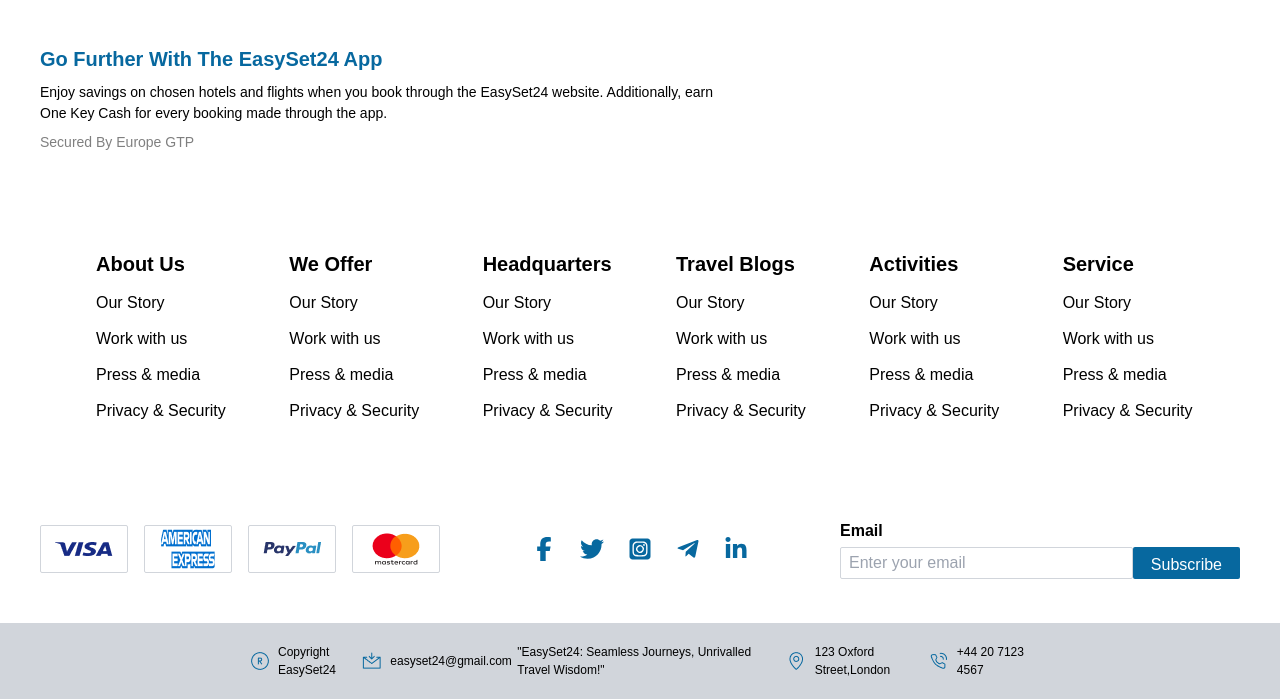
Repository: Quynhhuong150322/DIKO_STUDY_TRAVEL_WEB
Page: /
These files come from the project's save history. The page is drawn as it stood at one moment and after the next save; the edit follows.
The browser window is 1280 px wide. The pictures show the part of the page from y = 4838 to 5537 px (the page is 5537 px tall before and 5529 px after).
The project was rebuilt for these pictures with package versions that can differ from the ones it lists, and the page was loaded fresh each time. Also part of the build but not shown: src/components/Login.js, src/components/Register.js. Imported but missing from the stored project, and not drawn on this page: src/redux/slices/authSlice.

Above is the page before, as saved 2024-02-26 10:35:24.

### src/index.css
@tailwind base;
@tailwind components;
@tailwind utilities;

@import url("https://fonts.googleapis.com/css2?family=Poppins:wght@100;300;400;500;600&display=swap");

@layer base {
  html {
    font-family: "Poppins", sans-serif;
  }
  * {
    margin: 0;
    padding: 0;
    box-sizing: border-box;
    scroll-behavior: smooth;
    /* background-color: #F9F9F9; */
  }
}

@layer components {
  .max-container {
    max-width: 1260px;
    /* min-height: 100vh; */
    margin: 0 auto;
    padding: 0 30px;
    /* display: flex; */
    /* flex-direction: column; */
    justify-content: space-between;
  }
  .button {
    width: 189px;
    /* height: 40px; */
    border-style: solid;
    border-width: 2px;
    border-color: #07689F;
    color: #07689F;
  }
  .tabMenu {
    width: 121px;
    height: 40px;
    color: #D9D9D9;
    border-style: solid;
    border-width: 2px;
    border-color: #D9D9D9;
    color: #D9D9D9;
    border-radius: 9999px;
  }
  .tabSearch {
    /* max-width: 1190px; */
    height: 56px;
    border-style: solid;
    border-width: 1px;
    border-color: #D9D9D9;
    padding: 0 16px;
    font-size: 12px;
  }

}

### src/App.js
import React from "react";
import Navbar from "./components/Navbar";
import Footer from "./components/Footer";
import AppRoutes from "./routes/AppRoutes";
import { BrowserRouter as Router } from "react-router-dom";
import CopyRight from "./components/CopyRight";

const App = () => {
  return (
    <Router>
      <div className="">
        <div className="max-container">
          <Navbar />
        </div>
        <div>
          <AppRoutes />
        </div>
        <div className="max-container">
          <Footer />
        </div>
        <div >
          <CopyRight />
        </div>
      </div>
    </Router>
  );
};

export default App;

### src/redux/store.js
import { configureStore } from "@reduxjs/toolkit";
import authReducer from "./slices/authSlice";

export const store = configureStore({
  reducer: {
    users: authReducer,
  },
});

### src/components/Navbar.js
import React from 'react'
import Logo from '../assets/images/Header/Logo.png'
import EL from '../assets/images/Header/England.png'
import { FaRegQuestionCircle } from "react-icons/fa";
import { LuSearch } from "react-icons/lu";

const MenuData = [
    {
        id: 1,
        name: 'Trip',
    },
    {
        id: 2,
        name: '%Deals',
    },
    {
        id: 3,
        name: 'Hotel',
    },
    {
        id: 4,
        name: 'Flight',
    },
    {
        id: 5,
        name: 'Apartment',
    },
    {
        id: 6,
        name: 'Camper',
    },
]

const Navbar = () => {
    return (
        <div className='bg-neutral py-[24px]'>
            <div className="flex flex-col gap-10">
                {/* Header Section  */}
                <div className='flex gap-2 items-center'>
                    <img src={Logo} alt="" />
                    <div className='flex gap-7 items-center'>
                        <div className="flex gap-1 items-center">
                            <FaRegQuestionCircle className='text-primary' />
                            <img src={EL} alt="" className='w-7 h-7' />
                            {/* Search  */}
                            <div className="relative flex items-center">
                                <input
                                    type="text"
                                    placeholder="search"
                                    className="w-[605px] h-[32px] rounded-sm border border-gray-300 px-2 py-1 focus:outline-none focus:border-1 focus:border-primary"
                                />
                                <LuSearch className="text-gray-500 group-hover:text-primary absolute top-1/2 -translate-y-1/2 right-3 cursor-pointer" />
                            </div>
                        </div>
                        <div className='flex gap-2 items-center'>
                            <button className='button border-primary bg-neutral hover:scale-105 py-2 px-4 rounded-sm'>
                                Sing In
                            </button>
                            <button className='button border-primary bg-neutral hover:scale-105 py-2 px-4 rounded-sm'>
                                Register
                            </button>
                        </div>
                    </div>
                    <div>
                    </div>
                </div>
                {/* Upper Nav  */}
                <div className=''>
                    <div className=' '>
                        <ul className='flex justify-center gap-4'>
                            {
                                MenuData.map((data) => (
                                    <button key={data.id} className='text-pri tabMenu focus:bg-primary focus:text-white focus:font-bold focus:border-primary inline-block hover:text-primary' >
                                        {data.name}
                                    </button>
                                ))
                            }
                        </ul>
                    </div>
                </div>
            </div>
        </div>
    )
}

export default Navbar

### src/components/Footer.js
import React from 'react'
import img1 from '../assets/images/Footer/visa-logo.png'
import img2 from '../assets/images/Footer/Amex.png'
import img3 from '../assets/images/Footer/International.png'
import img4 from '../assets/images/Footer/Masterrcard.png'
import { FaFacebookF } from "react-icons/fa6";
import { FaTwitter } from "react-icons/fa";
import { FaSquareInstagram } from "react-icons/fa6";
import { FaTelegramPlane } from "react-icons/fa";
import { FaLinkedinIn } from "react-icons/fa6";
// import { CiMail } from "react-icons/ci";


const AboutUsList = [
  {
    id: 1,
    title: "Our Story",
    link: "/#",
  },
  {
    id: 2,
    title: "Work with us",
    link: "/#",
  },
  {
    id: 3,
    title: "Press & media",
    link: "/#",
  },
  {
    id: 4,
    title: "Privacy & Security",
    link: "/#",
  },
]
const ImgList = [
  {
    id: 1,
    img: img1,
  },
  {
    id: 2,
    img: img2,
  },
  {
    id: 3,
    img: img3,
  },
  {
    id: 4,
    img: img4,
  }
]
const IconsList = [
  {
    id: 1,
    icon: FaFacebookF,
  },
  {
    id: 2,
    icon: FaTwitter,
  },
  {
    id: 3,
    icon: FaSquareInstagram,
  },
  {
    id: 4,
    icon: FaTelegramPlane,
  },
  {
    id: 5,
    icon: FaLinkedinIn,
  },
]


const Footer = () => {
  return (
    <div className='py-11'>
      <div className='flex flex-col  gap-16'>
        <div className='flex'>
          <div className='basis-7/12 flex flex-col gap-2'>
            <h2 className='font-bold text-primary text-xl'>
              Go Further With The EasySet24 App
            </h2>
            <p className='text-ba '>
              Enjoy savings on chosen hotels and flights when you book through the EasySet24 website. Additionally, earn One Key Cash for every booking made through the app.
            </p>
            <p className='text-ba text-black/50'>
              Secured By Europe GTP
            </p>
          </div>
          <div className=''>

          </div>
        </div>
        {/* footer menu  */}
        <div className='grid grid-cols-6 sm:grid-col col-span-2 md:pl-10'>
          <div className="py-8 px-4">
            <h1 className="sm:text-xl text-xl font-bold sm:text-left text-justify mb-3">
              About Us
            </h1>
            <ul className="flex flex-col gap-3">
              {AboutUsList.map((link) => (
                <li
                  className="cursor-pointer hover:text-primary hover:translate-x-1 duration-300 "
                  key={link.id}
                >
                  <span>{link.title}</span>
                </li>
              ))}
            </ul>
          </div>
          <div className="py-8 px-4">
            <h1 className="sm:text-xl text-xl font-bold sm:text-left text-justify mb-3">
              We Offer
            </h1>
            <ul className="flex flex-col gap-3">
              {AboutUsList.map((link) => (
                <li
                  className="cursor-pointer hover:text-primary hover:translate-x-1 duration-300 "
                  key={link.id}
                >
                  <span>{link.title}</span>
                </li>
              ))}
            </ul>
          </div>
          <div className="py-8 px-4">
            <h1 className="sm:text-xl text-xl font-bold sm:text-left text-justify mb-3">
              Headquarters
            </h1>
            <ul className="flex flex-col gap-3">
              {AboutUsList.map((link) => (
                <li
                  className="cursor-pointer hover:text-primary hover:translate-x-1 duration-300 "
                  key={link.id}
                >
                  <span>{link.title}</span>
                </li>
              ))}
            </ul>
          </div>
          <div className="py-8 px-4">
            <h1 className="sm:text-xl text-xl font-bold sm:text-left text-justify mb-3">
              Travel Blogs
            </h1>
            <ul className="flex flex-col gap-3">
              {AboutUsList.map((link) => (
                <li
                  className="cursor-pointer hover:text-primary hover:translate-x-1 duration-300 "
                  key={link.id}
                >
                  <span>{link.title}</span>
                </li>
              ))}
            </ul>
          </div>
          <div className="py-8 px-4">
            <h1 className="sm:text-xl text-xl font-bold sm:text-left text-justify mb-3">
              Activities
            </h1>
            <ul className="flex flex-col gap-3">
              {AboutUsList.map((link) => (
                <li
                  className="cursor-pointer hover:text-primary hover:translate-x-1 duration-300 "
                  key={link.id}
                >
                  <span>{link.title}</span>
                </li>
              ))}
            </ul>
          </div>
          <div className="py-8 px-4">
            <h1 className="sm:text-xl text-xl font-bold sm:text-left text-justify mb-3">
              Service
            </h1>
            <ul className="flex flex-col gap-3">
              {AboutUsList.map((link) => (
                <li
                  className="cursor-pointer hover:text-primary hover:translate-x-1 duration-300 "
                  key={link.id}
                >
                  <span>{link.title}</span>
                </li>
              ))}
            </ul>
          </div>
        </div>
        {/* footer logo  */}
        <div>
          <div className='grid grid-cols-3'>
            <div className='flex gap-4 items-center '>
              {
                ImgList.map((data) => (
                  <div className='border rounded-sm border-gray-300 w-[89.25px] h-[48px] flex justify-center items-center'>
                    <img src={data.img} alt=""></img>
                  </div>
                ))
              }
            </div>
            <div className='text-primary flex gap-6 text-xxl items-center justify-center' >
              {IconsList.map((data) => (
                <div key={data.id}>
                  <data.icon />
                </div>
              ))}
            </div>
            <div className='flex flex-col gap-1'>
              <h3 className='font-bold '>Email</h3>
              <div className='flex '>
                <input
                  type="text"
                  placeholder="Enter your email"
                  className="basis-10/12 h-[32px] rounded-sm border border-gray-300 px-2 py-1 focus:outline-none focus:border-1 focus:border-primary"
                />
                <button className='basis-1/4 h-[32px] button border-primary py-1 px-4 rounded-sm bg-primary text-white'>
                  Subscribe
                </button>
              </div>
            </div>
          </div>
        </div>
      </div>
    </div>
  )
}

export default Footer

### src/routes/AppRoutes.js
import React from "react";
import { Switch, Route } from "react-router-dom";
import Login from "../components/Login";
import Register from "../components/Register";
import Langding from "../pages/LangdingPage/Langding";
const AppRoutes = () => {
  return (
    <div>
      <Switch>
        <Route path="/login">
          <Login />
        </Route>
        <Route path="/register">
          <Register />
        </Route>
        <Route path="/" exact>
          <Langding />
        </Route>
        <Route path="*">
          <div className="">404 not Error...</div>
        </Route>
      </Switch>
    </div>
  );
};

export default AppRoutes;

### src/components/CopyRight.js
import React from 'react'
import iconEmail from '../assets/images/Footer/icons/copyright.png'
import iconEmail2 from '../assets/images/Footer/icons/email-down.png'
import iconEmail3 from '../assets/images/Footer/icons/local-two.png'
import iconEmail4 from '../assets/images/Footer//icons/phone-call.png'

const CopyrightList = [
    {
        id: 1,
        icons: iconEmail,
        title: 'Copyright EasySet24',
    },
    {
        id: 2,
        icons: iconEmail2,
        title: 'easyset24@gmail.com',
    },
    {
        id: 3,
        icons: '',
        title: '"EasySet24: Seamless Journeys, Unrivalled Travel Wisdom!"',
    },
    {
        id: 4,
        icons: iconEmail3,
        title: '123 Oxford Street,London',
    },
    {
        id: 5,
        icons: iconEmail4,
        title: '+44 20 7123 4567',
    },
]

const CopyRight = () => {
    return (
        <div>
            <div className='bg-gray-300 py-5 px-[250px]'>
                <div className='text-black flex gap-2 text-sm items-center justify-between' >
                    {CopyrightList.map((data) => (
                        <div className='flex flex-row gap-2 items-center justify-center' key={data.id}>
                            <img src={data.icons} alt="" />
                            <p >{data.title}</p>
                        </div>
                    ))}
                </div>
            </div>
        </div>
    )
}

export default CopyRight

### src/pages/LangdingPage/Langding.js
import React from 'react'
import Picture from '../../assets/images/LangdingPage/Picture.png'
import { LuHotel } from "react-icons/lu";
import { IoCalendarOutline } from "react-icons/io5";
import { SlArrowDown } from "react-icons/sl";
import { FiUserPlus } from "react-icons/fi";
import Img1 from "../../assets/images/LangdingPage/SpecialOffers/Photo 1.png";
import Img2 from "../../assets/images/LangdingPage/SpecialOffers/Photo 2.png"
import Img3 from "../../assets/images/LangdingPage/SpecialOffers/Photo 3.png"
import Img4 from "../../assets/images/LangdingPage/SpecialOffers/Photo 4.png"
import Img5 from "../../assets/images/LangdingPage/SpecialOffers/Photo 5.png"
import Img6 from "../../assets/images/LangdingPage/SpecialOffers/Photo 6.png"
import Img7 from "../../assets/images/LangdingPage/ExploreStays/Image1.jpg"
import Img8 from "../../assets/images/LangdingPage/ExploreStays/Image2.jpg"
import Img9 from "../../assets/images/LangdingPage/ExploreStays/Image3.jpg"
import Footer from "../../assets/images/LangdingPage/Footer.jpeg"
// import Img11 from "../../assets/images/LangdingPage/SpecialOffers/Photo 6.png"



const BannerImg = {
  backgroundImage: `url(${Picture})`,
  backgroundPosition: "center",
  backgroundRepeat: "no-repeat",
  backgroundSize: "cover",
  height: "394px",
  width: "100%",
};
const FooterImg = {
  backgroundImage: `url(${Footer})`,
  backgroundPosition: "center",
  backgroundRepeat: "no-repeat",
  backgroundSize: "cover",
  height: "394px",
  width: "100%",
}
const ListMenu = [
  {
    id: 1,
    name: "All",
  },
  {
    id: 2,
    name: "Hotels",
  },
  {
    id: 3,
    name: "Flights",
  },
  {
    id: 4,
    name: "Multi",
  }
]

const ListImage = [
  {
    id: 1,
    img: Img1,
  },
  {
    id: 2,
    img: Img2,
  },
  {
    id: 3,
    img: Img3,
  },
  {
    id: 4,
    img: Img4,
  },
  {
    id: 5,
    img: Img5,
  },
  {
    id: 6,
    img: Img6,
  },
]
const ListCard = [
  {
    id: 1,
    img: Img1,
    location: "Berlin",
    side: "SIDE",
    time: "Wed 25 Jan-Fri 27 Jan",
    title: "A tour of the city and its surroundings led by a professional guide ..."
  },
  {
    id: 2,
    img: Img2,
    location: "Paris",
    side: "SIDE",
    time: "Wed 25 Jan-Fri 27 Jan",
    title: "A tour of the city and its surroundings led by a professional guide ..."

  },
  {
    id: 3,
    img: Img3,
    location: "Madrid",
    side: "SIDE",
    time: "Wed 25 Jan-Fri 27 Jan",
    title: "A tour of the city and its surroundings led by a professional guide ..."

  },
  {
    id: 4,
    img: Img4,
    location: "Barcelona",
    side: "SIDE",
    time: "Wed 25 Jan-Fri 27 Jan",
    title: "A tour of the city and its surroundings led by a professional guide ..."

  },
  {
    id: 5,
    img: Img5,
    location: "Rom",
    side: "SIDE",
    time: "Wed 25 Jan-Fri 27 Jan",
    title: "A tour of the city and its surroundings led by a professional guide ..."

  },
  {
    id: 6,
    img: Img6,
    location: "Milan",
    side: "SIDE",
    time: "Wed 25 Jan-Fri 27 Jan",
    title: "A tour of the city and its surroundings led by a professional guide ..."

  },
  {
    id: 7,
    img: Img7,
    location: "Istanbul",
    side: "SIDE",
    time: "Wed 25 Jan-Fri 27 Jan",
    title: "A tour of the city and its surroundings led by a professional guide ..."

  },
  {
    id: 8,
    img: Img8,
    location: "Dubai",
    side: "SIDE",
    time: "Wed 25 Jan-Fri 27 Jan",
    title: "A tour of the city and its surroundings led by a professional guide ..."

  },
  {
    id: 9,
    img: Img9,
    location: "Amesterdam",
    side: "SIDE",
    time: "Wed 25 Jan-Fri 27 Jan",
    title: "A tour of the city and its surroundings led by a professional guide ..."

  },
  {
    id: 10,
    img: Img1,
    location: "New York",
    side: "SIDE",
    time: "Wed 25 Jan-Fri 27 Jan",
    title: "A tour of the city and its surroundings led by a professional guide ..."

  },
  {
    id: 11,
    img: Img2,
    location: "Marollca",
    side: "SIDE",
    time: "Wed 25 Jan-Fri 27 Jan",
    title: "A tour of the city and its surroundings led by a professional guide ..."

  },
  {
    id: 12,
    img: Img3,
    location: "Teneriffa",
    side: "SIDE",
    time: "Wed 25 Jan-Fri 27 Jan",
    title: "A tour of the city and its surroundings led by a professional guide ..."

  },
]

const Langding = () => {
  return (
    <div >
      {/* Discover Trip  */}
      <div className=' background ' style={BannerImg}>
        <div className=' '>
          <h1 className='text-3xl w-1/3 font-bold text-white bg-opacity-0'>
            Discover Your Trip Worldwide !
          </h1>
          <div class="flex flex-row  bg-white">
            <div class="basis-1/4 tabSearch flex gap-9 items-center">
              <LuHotel className='text-primary' size={24} />
              <p className=''>
                Where Are you Going to?
              </p>
            </div>
            <div class="basis-1/4 tabSearch flex gap-6 items-center">
              <IoCalendarOutline size={24} className='text-primary' />
              <p className=''>
                Check In Date
              </p>
              <p className=''>
                Check Out Date
              </p>
            </div>
            <div class="basis-1/3 tabSearch flex gap-8 items-center">
              <FiUserPlus size={24} className='text-primary' />
              <p className=''>
                Adults 2
              </p>
              <p className=''>
                Children 3
              </p>
              <p className=''>
                Room
              </p>
              <SlArrowDown size={24} className='text-primary' />
            </div>
            <div class="basis-1/6  tabSearch bg-primary flex justify-center items-center">
              <p className='font-bold text-white'>Search</p>
            </div>
          </div>
        </div>
      </div>
      {/* Special Offers */}
      <div className='max-container py-6'>
        {/* checkbox  */}
        <div className='flex flex-col gap-6 py-6'>
          <h2 className='text-2xl font-bold'>Special Offers</h2>
          <div className='flex '>
            <div className='flex justify-center items-center gap-2'>
              {
                ListMenu.map((data) => (
                  <><input
                    type="checkbox"
                    className="w-[24px] h-[24px] border border-gray-300 px-2 py-1 focus:outline-none focus:border-1 focus:border-primary" />
                    <label for="checkbox" className='text-base'>{data.name}</label>
                  </>
                ))
              }
            </div>
          </div>
        </div>
        {/* image  */}
        <div>
          <div className='grid grid-cols-3 gap-2'>
            {
              ListImage.map((data) => (
                <img src={data.img} alt="" className='w-full h-full' />
              ))
            }
          </div>
        </div>
      </div>

      {/* Explore Stays In Trending Destinations  */}
      <div className='max-container py-6'>
        <div className='flex flex-col gap-4 py-6'>
          <h2 className='text-2xl font-bold'>Explore Stays In Trending Destinations</h2>
          <p>Find Hot Stays!</p>
        </div>
        {/* ImageCard */}
        <div className='grid grid-cols-4 place-items-center gap-5 '>
          {
            ListCard.map((data) => (
              <div className='flex flex-col gap-4 border rounded-sm border-gray-300 p-1'>
                <img src={data.img} alt="" className=' h-[272px] w-full object-cover rounded-sm'>
                </img>
                <div className='flex flex-col gap-4 pb-4'>
                  <div className=''>
                    <p className='text-xl font-semibold'>{data.location}</p>
                    <p className='text-base text-gray-500/100 font-semibold'>{data.side}</p>
                  </div>
                  <p className='text-sm font-medium'>{data.time}</p>
                  <p className='text-l font-light'>{data.title}</p>
                </div>
              </div>
            ))
          }
        </div>
      </div>
      <div className='max-container py-20'>
        <div className='flex flex-col gap-4 py-6'>
          <h2 className='text-2xl font-bold'>Compare The Highest Reviewed Past Offers </h2>
          <p>Browse By Type</p>
        </div>
        <div className='grid grid-cols-4 place-items-center gap-5 '>
          {
            ListCard.map((data) => (
              <div className='flex flex-col gap-4 border rounded-sm border-gray-300 p-1'>
                <img src={data.img} alt="" className=' h-[272px] w-full object-cover rounded-sm'>
                </img>
                <div className='flex flex-col gap-2 pb-2'>
                  <div className=''>
                    <p className='text-xl font-semibold'>{data.location}</p>
                    {/* <p className='text-base text-gray-500/100 font-semibold'>{data.side}</p> */}
                  </div>
                  {/* <p className='text-sm font-medium'>{data.time}</p> */}
                  {/* <p className='text-l font-light'>{data.title}</p> */}
                </div>
              </div>
            ))
          }
        </div>
      </div>
      {/* Banner Footer  */}
      <div className=' background ' style={FooterImg}>

      </div>
    </div>
  )
}

export default Langding

### tailwind.config.js
/** @type {import('tailwindcss').Config} */
module.exports = {
  content: ["./src/**/*.{js,jsx,ts,tsx}"],
  theme: {
    extend: {
      colors: {
        primary: "#07689F",
        secondary: "#D9D9D9",
        neutral: "#F9F9F9",
        pri: "#A6A6A6",
      },
      fontSize: {
        sm: '12px',
        'ba': '14px',
        base: '16px',
        'l': '10px',
        xl: '20px',
        'xxl': '24px',
        '2xl': '32px',
        '3xl': '40px',
        '4xl': '44px',
        // '5xl': '3.052rem',
      },
    },
  },
  plugins: [],
};

Loaded but not shown: public/index.html (common file); src/index.js (common file); src/reportWebVitals.js (common file)

After the next save:
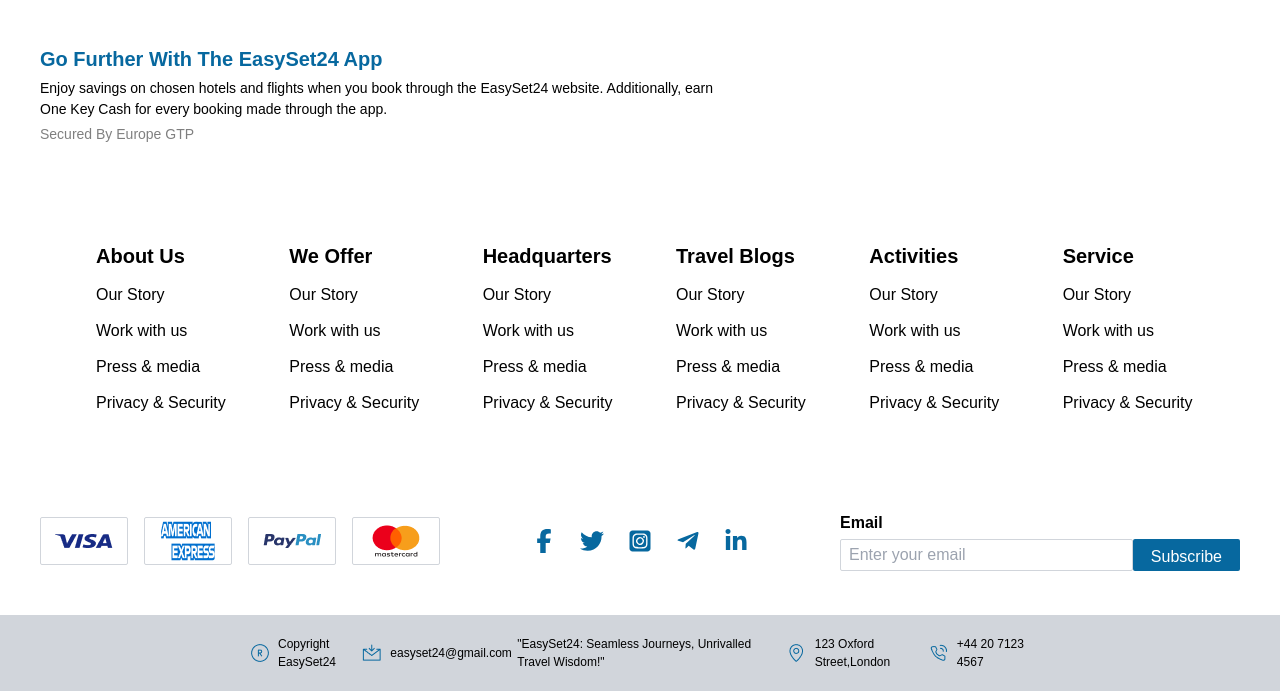
Saved 61 s later.
--- a/src/components/Footer.js
+++ b/src/components/Footer.js
@@ -80,7 +80,7 @@ const Footer = () => {
     <div className='py-11'>
       <div className='flex flex-col  gap-16'>
         <div className='flex'>
-          <div className='basis-7/12 flex flex-col gap-2'>
+          <div className='basis-7/12 flex flex-col gap-1'>
             <h2 className='font-bold text-primary text-xl'>
               Go Further With The EasySet24 App
             </h2>
